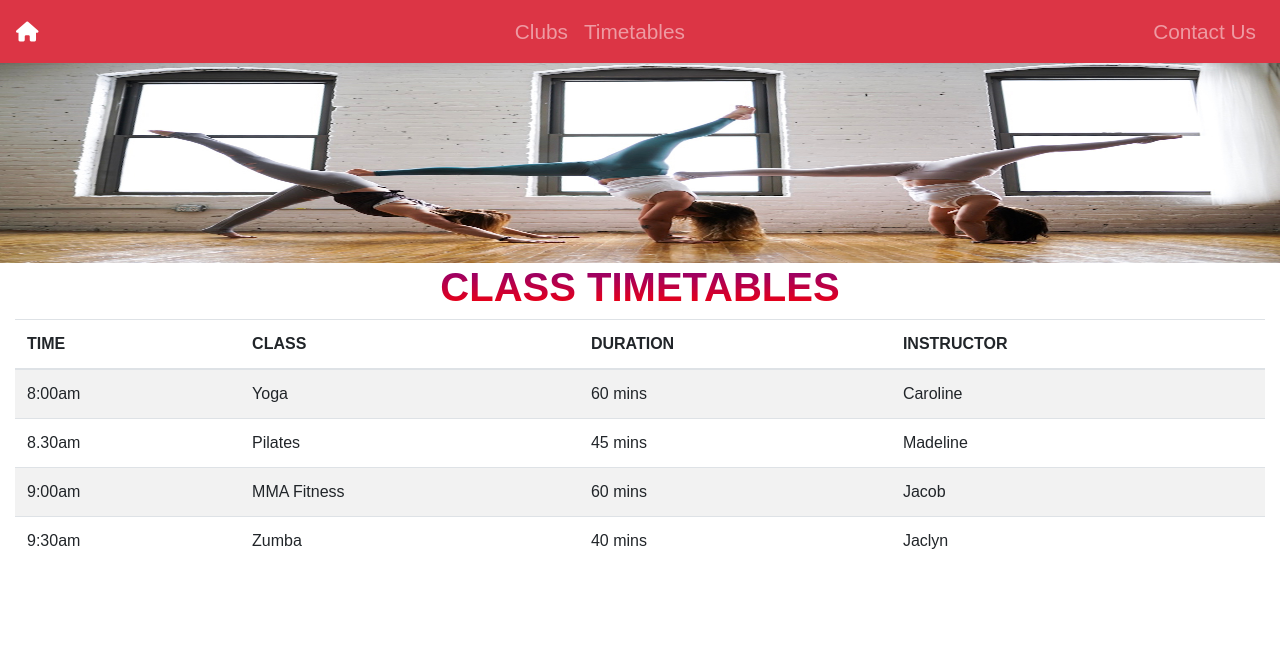
Repository: KJY93/User_Centric_Frontend_Development_Project
Page: timetables.html
The author's editor kept a record of every edit. The page is drawn from the files as they stood at one moment, then again after the next edit.
The browser window is 1280 px wide. The pictures show the whole page.
Some web fonts or font styles are not loaded; a fallback is used. Some web libraries are served in a nearby version.

Above is the page before.

### timetables.html
<!DOCTYPE html>
<html lang="en-US">
	<head>
	    <meta charset="UTF-8">
	    <meta name="viewport" content="width=device-width, initial-scale=1.0">
	    <meta http-equiv="X-UA-Compatible" content="ie=edge">
	    <title>Shape Shifters | Our Clubs</title>

		<!-- Google Fonts -->
	    <link href="https://fonts.googleapis.com/css?family=Cute+Font&display=swap" rel="stylesheet">

	    <!-- Logo -->
	    <link rel="icon" href="static/fitness-logo.ico">

	    <!-- Bootstrap CSS -->
	    <link rel="stylesheet" href="https://stackpath.bootstrapcdn.com/bootstrap/4.3.1/css/bootstrap.min.css" integrity="sha384-ggOyR0iXCbMQv3Xipma34MD+dH/1fQ784/j6cY/iJTQUOhcWr7x9JvoRxT2MZw1T" crossorigin="anonymous">

	    <!-- External CSS StyleSheet -->
		<link rel="stylesheet" type="text/css" href="static/styles.css">

		<!-- Bootstrap JS -->
	    <script src="https://code.jquery.com/jquery-3.3.1.slim.min.js" integrity="sha384-q8i/X+965DzO0rT7abK41JStQIAqVgRVzpbzo5smXKp4YfRvH+8abtTE1Pi6jizo" crossorigin="anonymous"></script>
	    <script src="https://cdnjs.cloudflare.com/ajax/libs/popper.js/1.14.7/umd/popper.min.js" integrity="sha384-UO2eT0CpHqdSJQ6hJty5KVphtPhzWj9WO1clHTMGa3JDZwrnQq4sF86dIHNDz0W1" crossorigin="anonymous"></script>
	    <script src="https://stackpath.bootstrapcdn.com/bootstrap/4.3.1/js/bootstrap.min.js" integrity="sha384-JjSmVgyd0p3pXB1rRibZUAYoIIy6OrQ6VrjIEaFf/nJGzIxFDsf4x0xIM+B07jRM" crossorigin="anonymous"></script>

	    <!-- Font Awesome -->
	    <script src="https://kit.fontawesome.com/3df94da5fe.js"></script>
	</head>

	<body>
	    <main>
	        <!-- Navbar -->
			<nav class="navbar navbar-expand-md navbar-dark bg-danger">
			  	<a class="navbar-brand" href="#"><i class="fas fa-home"></i></a>
			  	<button class="navbar-toggler" type="button" data-toggle="collapse" data-target="#navbarNav">
			    <span class="navbar-toggler-icon"></span>
			  	</button>
			  	<div class="collapse navbar-collapse" id="navbarNav">
			    	<ul class="navbar-nav ml-auto">
			      		<li class="nav-item">
			        		<a class="nav-link" href="#">Clubs</a>
			      		</li>
			      		<li class="nav-item">
			        		<a class="nav-link" href="#">Timetables</a>
			      		</li>
			    	</ul>

			    	<ul class="navbar-nav ml-auto">
			      		<li class="nav-item">
			        		<a class="nav-link" href="#">Contact Us</a>
			      		</li>
			    	</ul>
			  	</div>
			</nav>

			<!-- Timetables background -->
			<div id="timetables-header-background"></div>

			<!-- Class Timetables Header-->
			<div>
				<h1 class="club-header"><strong>CLASS TIMETABLES</strong></h1>
			</div>

			<!-- Timetables -->
			<div class="container-fluid">
                <table class="table table-striped">
                    <thead>
                        <tr>
                            <th scope="col">TIME</th>
                            <th scope="col">CLASS</th>
                            <th scope="col">DURATION</th>
                            <th scope="col">INSTRUCTOR</th>
                        </tr>
                    </thead>
                    <tbody>
                        <tr>
                            <td>8:00am</td>
                            <td>Yoga</td>
                            <td>60 mins</td>
                            <td>Caroline</td>
                        </tr>
                        <tr>
                            <td>8.30am</td>
                            <td>Pilates</td>
                            <td>45 mins</td>
                            <td>Madeline</td>
                        </tr>
                        <tr>
                            <td>9:00am</td>
                            <td>MMA Fitness</td>
                            <td>60 mins</td>
                            <td>Jacob</td>
                        </tr>
                        <tr>
                            <td>9:30am</td>
                            <td>Zumba</td>
                            <td>40 mins</td>
                            <td>Jaclyn</td>
                        </tr>
                    </tbody>
                </table>
            </div>

	    </main>
	</body>
</html>

### static/styles.css
body, html {
	height: 100%;
}

body {
	font-family: 'Cute Font', cursive, sans-serif;
}

input[type="email"] {
  background: transparent;
  border: none;
  border-bottom: 1px solid #a9a9a9;
  box-shadow: none;
  border-radius: 0;
}

.iframe-video-size {
	width: 300px;
	height: 320px;
}

.social-media-logo {
	margin-right: 5px;
}

.separator {
	margin-bottom: 10px;
	height: 2px;
	width: 30px;
	background: rgb(255, 0, 0);
	z-index: 1;
}

.row {
	margin-left: 0;
	margin-right: 0;
}

#advert > h1 {
	color: #ffffff;
}

#signup-link {
	color: #ffffff;
}

input[type="email"] {
 	font-size: 1em;
}

.col-sm-12, .col-md-6, .nav-link, #signup-link {
	font-size: 1.3em;
}

.link-deco:link {
	text-decoration: none;
}

.link-deco:hover {
	font-size:120%;
}

.link-font-color, button > .link-deco:hover {
	color: #ffffff;
}

.box2, .box3 {
	background: rgba(255,117,117,0.1);
}

.button-container, p, .challenge-container, #signup-container, .box3, .box2 {
	text-align: center;
}

#divider {
	width: 100%;
	border: 1px solid black;
}

footer {
	padding-top: 35px;
	padding-bottom: 35px;
	background: rgba(0, 0, 0);
	color: #ffffff;
}

.box1 {
	background:url('../static/background-mobile.jpg');
	background-repeat: no-repeat;
	background-size: 100% 100%;
	height: 400px;
	display: flex;
	align-items: center;
	justify-content: center;
}

/*https://codepen.io/adamjohnson/pen/aokGt*/
/* Skew button design adapted from the above codepen project*/
.submit-btn {
	color: #fff;
	background: #ff0000;
	font-weight: 700;
	text-align: center;
	text-decoration: none;
	border: 0;
	outline: 0;
	font-size: 1.2rem;
	padding: 12px 35px;
	display: inline-block;
	transform: skew(-21deg);
	border-radius: 0;
}

.input-field-container {
	display: flex;
	flex-direction: row;
}

.submit-btn:hover {
	background: #0069a8;
}

span {
	display: inline-block; /* change to inline-block so that the text can be un-skewed*/
}

.submit-btn > span {
	-webkit-transform: skew(21deg);  /* Un-skew the text */
}

.btn-group {
	padding-left: 15px;
}

.flag-logo {
	padding-right: 10px;
}

#club-header-background {
	background:url('../static/bodycombat.jpg');
	background-repeat: no-repeat;
	background-size: 100% 100%;
	height: 200px;
}

.club-header {
	text-align: center;
	background: linear-gradient(to top, #ff0000 , #800080);
	-webkit-background-clip: text;
	-webkit-text-fill-color: transparent;
	font-size: 2.5em;
}

.location {
	display: flex;
	flex-direction: column;
	justify-content: center;
	align-items: center;
	color: #ffffff;
	margin-bottom: 20px;
}

.location:link {
	text-decoration: none;
}

.location:hover {
	opacity: 0.8;
}

.location:hover .location-name, .location:hover .club-info {
	background: linear-gradient(to top, #ff0000 , #ff9800);
	-webkit-background-clip: text;
	-webkit-text-fill-color: transparent;
}

.location-name {
	font-size: 2.3em;
}

.club-info {
	font-size: 1.2em;
	border: 1px solid #ffffff;
	padding-left: 20px;
	padding-right: 20px;
	border-radius: 20px;
}

#location-image-1 {
	background:url('../static/paragon.jpg');
    background-size: 100% 100%;
    background-repeat: no-repeat;
    background-position: center;
	border-radius: 10px;
	height: 250px;
}

#location-image-2 {
	background:url('../static/clarke-quay.jpg');
    background-size: 100% 100%;
    background-repeat: no-repeat;
    background-position: center;
	border-radius: 10px;
	height: 250px;
}

#location-image-3 {
	background:url('../static/tanjongpagar.jpg');
    background-size: 100% 100%;
    background-repeat: no-repeat;
    background-position: center;
	border-radius: 10px;
	height: 250px;
}

#location-image-4 {
	background:url('../static/vivocity.jpg');
    background-size: 100% 100%;
    background-repeat: no-repeat;
    background-position: center;
	border-radius: 10px;
	height: 250px;
}

#location-image-5 {
	background:url('../static/rafflesplace.jpg');
    background-size: 100% 100%;
    background-repeat: no-repeat;
    background-position: center;
	border-radius: 10px;
	height: 250px;
}

#location-image-6 {
	background:url('../static/rafflesmall.jpg');
    background-size: 100% 100%;
    background-repeat: no-repeat;
    background-position: center;
	border-radius: 10px;
	height: 250px;
}

#timetables-header-background {
	background:url('../static/groupyoga.jpg');
	background-repeat: no-repeat;
	background-size: 100% 100%;
	height: 200px;
}

/* for extra small device */
@media (max-width: 400px) {
	.iframe-video-size {
	width: 260px;
	height: 320px;
	}

	#club-header-background {
		height: 160px;
	}

	.club-header {
		font-size: 2.0em;
	}

	.location-name {
		font-size: 2.0em;
	}

	.club-info {
		font-size: 1.0em;
	}
}

/* for medium screen device */
@media (min-width: 768px) and (max-width: 991.98px) {
	.box1 {
		background:url('../static/background.jpg');
		background-repeat: no-repeat;
		height: 550px;
		background-size: 100% 100%;
	}

	.box2 {
		text-align: center;
	}

	.btn-group {
		padding-left: 0;
	}

	.iframe-video-size {
		width: 340px;
		height: 320px;
	}

}

/* for large screen device */
@media (min-width: 992px) {
	.box1 {
		background:url('../static/background.jpg');
		background-repeat: no-repeat;
		height: 600px;
		background-size: 100% 100%;
	}

	.btn-group {
		padding-left: 0;
	}

	.submit-btn {
		padding: 3px 35px;
	}

	.iframe-video-size {
		width: 470px;
		height: 320px;
	}

	#club-header-background {
		height: 376px;
	}

}

After the next edit:
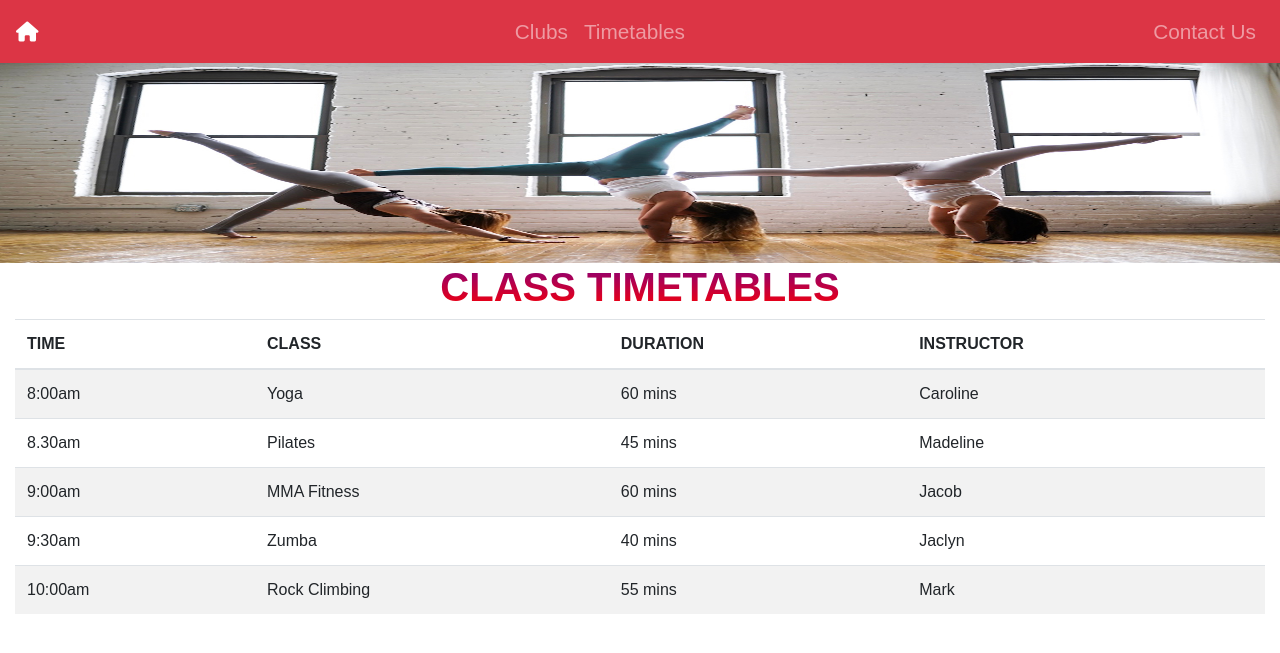
The edit:
--- a/timetables.html
+++ b/timetables.html
@@ -97,6 +97,12 @@
                             <td>40 mins</td>
                             <td>Jaclyn</td>
                         </tr>
+                        <tr>
+                            <td>10:00am</td>
+                            <td>Rock Climbing</td>
+                            <td>55 mins</td>
+                            <td>Mark</td>
+                        </tr>
                     </tbody>
                 </table>
             </div>
